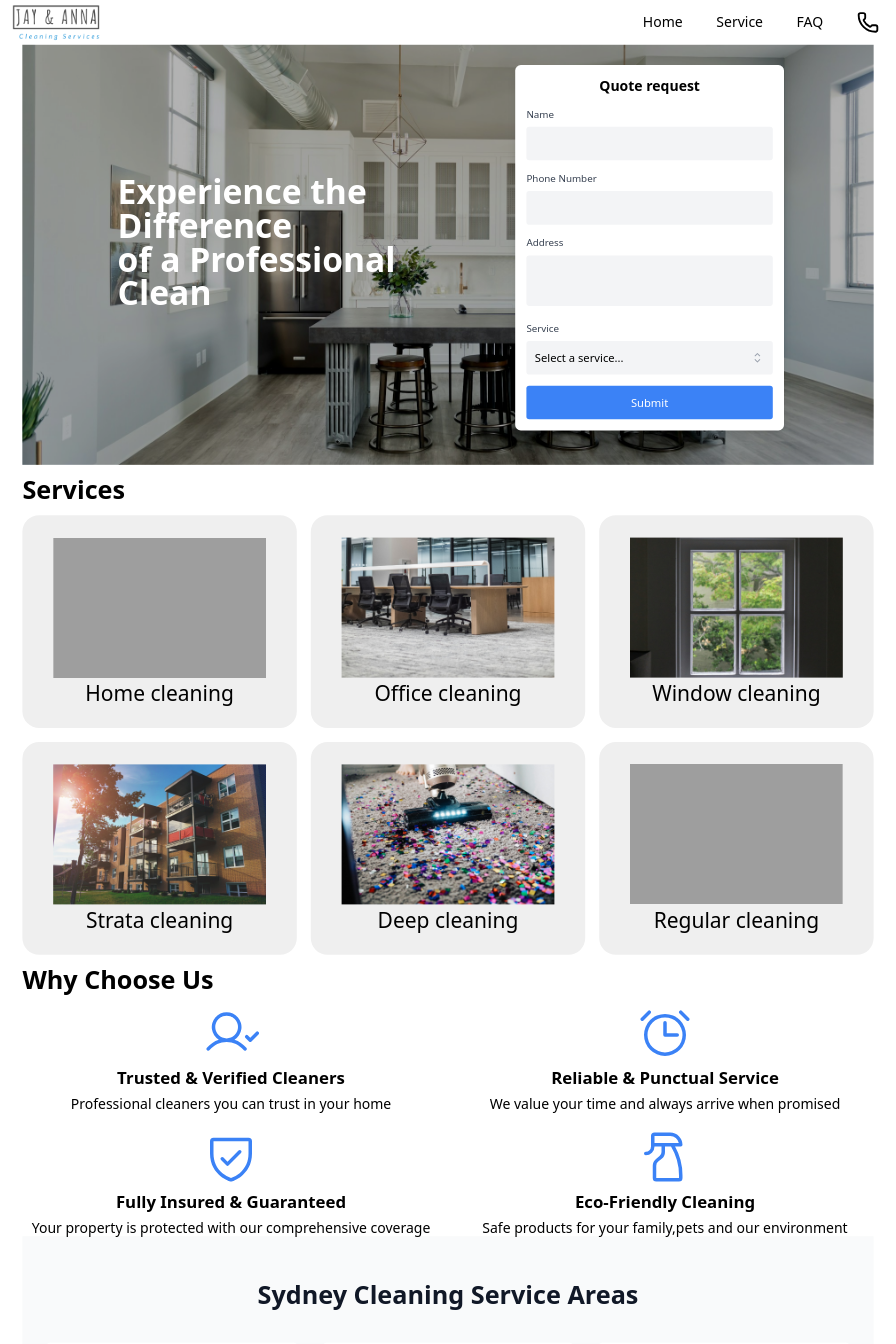
Repository: rong9835/cleaning-service
Page: /
The author's editor kept a copy of each file at every save. The page is drawn from the files as they stood at one save, then again after the next save.
The browser window is 1280 px wide. The pictures show the part of the page from y = 0 to 1920 px (the page is 2688 px tall), at 70% of full size.
Pictures or frames that could not be fetched are drawn as grey boxes. The project was rebuilt for these pictures with package versions that can differ from the ones it lists, and the page was loaded fresh each time. The framework's server and built-in components were replaced by stand-ins that run in the browser. Also part of the build but not shown: next.config.ts.

Above is the page before, as saved 2025-08-10 13:23:04.

After the next save:
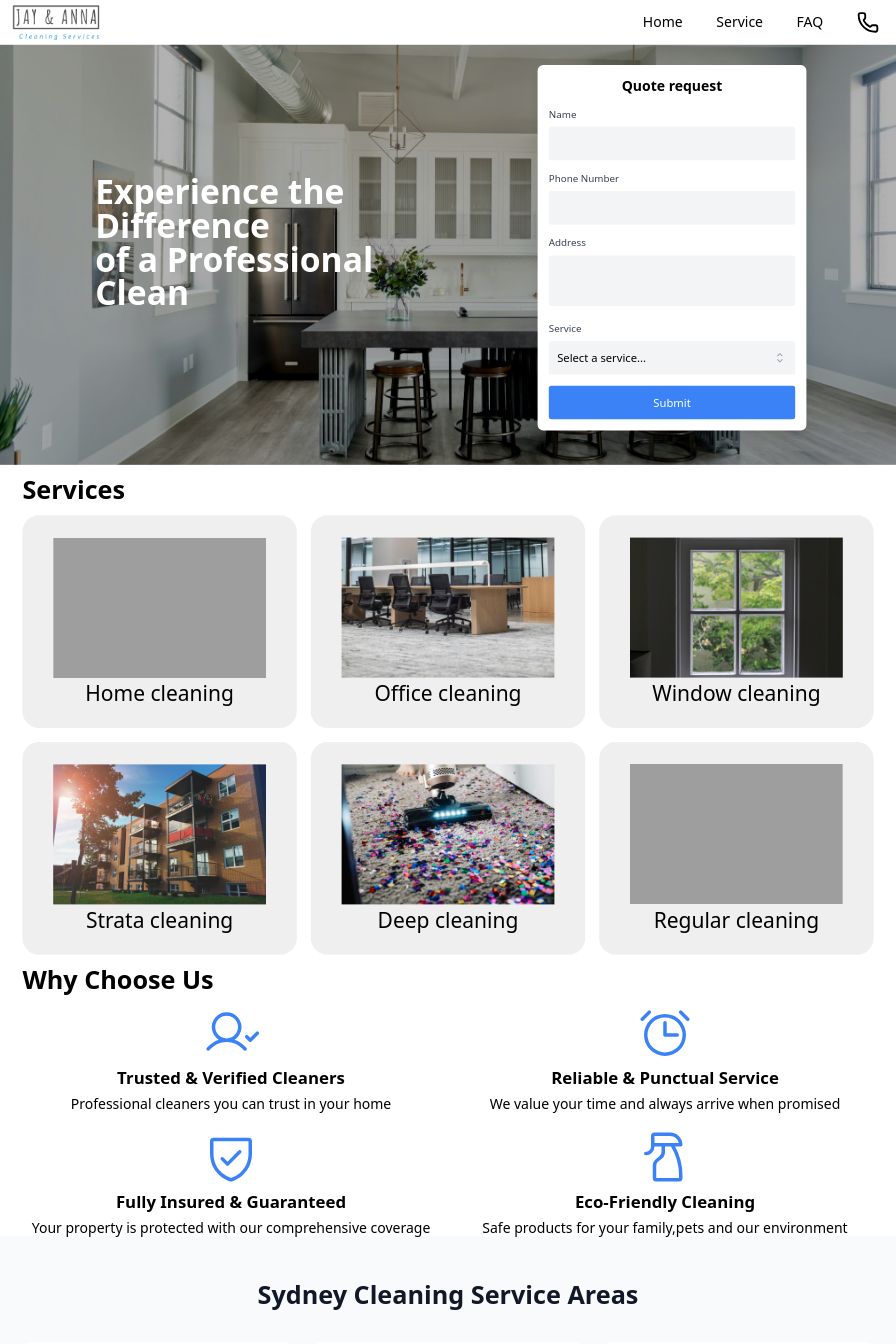
Saved 24 s later.
--- a/src/app/page.tsx
+++ b/src/app/page.tsx
@@ -5,10 +5,14 @@ import WhyChooseUs from '@/components/home/WhyChooseUs';
 
 export default function Page() {
   return (
-    <div className="w-full max-w-sm sm:max-w-2xl lg:max-w-5xl xl:max-w-7xl mx-auto px-4 sm:px-6 lg:px-8">
+    <div className="w-full">
       <GetQuoteSection />
-      <ServiceSection />
-      <WhyChooseUs />
+
+      <div className="w-full max-w-sm sm:max-w-2xl lg:max-w-5xl xl:max-w-7xl mx-auto px-4 sm:px-6 lg:px-8">
+        <ServiceSection />
+        <WhyChooseUs />
+      </div>
+
       <ServiceAreasSection />
     </div>
   );
